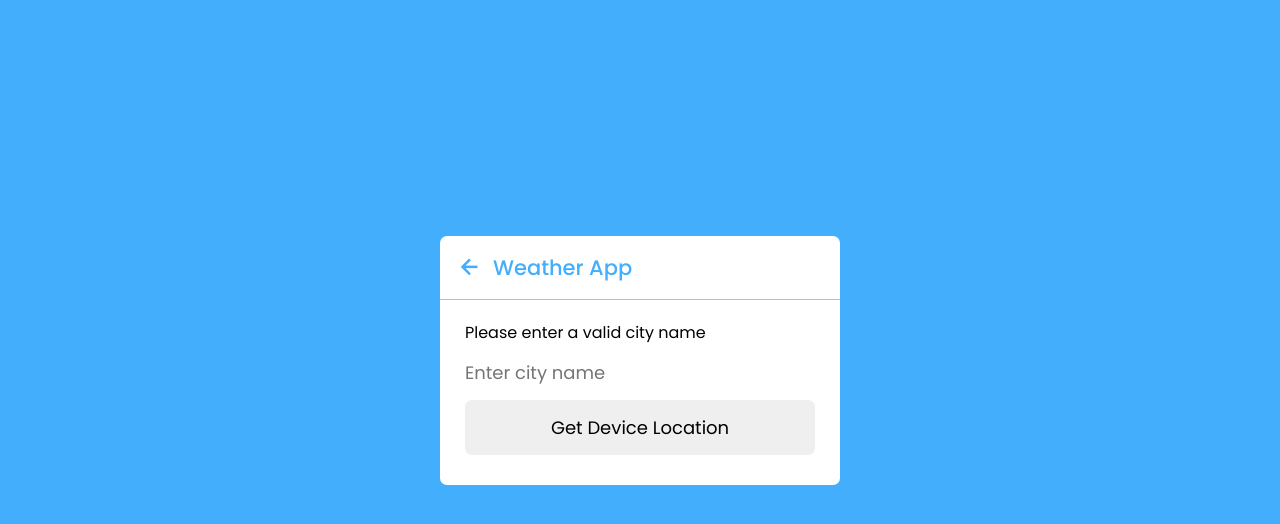
Repository: long13820/Weather-App-HTML-CSS-Javascript
Page: index.html
An editor plug-in stored every save of this project. The page is shown before and after a run of saves, followed by the edit.
The browser window is 1280 px wide. The pictures show the whole page.

Above is the page before, as saved 2021-09-02 01:00:44.

### index.html
<!DOCTYPE html>
<html lang="en">
<head>
    <meta charset="UTF-8">
    <meta http-equiv="X-UA-Compatible" content="IE=edge">
    <meta name="viewport" content="width=device-width, initial-scale=1.0">
    <title>Weather App</title>
    <link rel="stylesheet" href="style.css">

    <!--Linking Boxicon For Icon-->
    <link rel="stylesheet" href='https://unpkg.com/boxicons@2.0.9/css/boxicons.min.css' >


</head>
<body>
    <div class="wrapper">
        <header>
            <i class="bx bx-left-arrow-alt"></i>
            Weather App
        </header>
        <section class="input-part">
            <p class="info-txt">Please enter a valid city name</p>
            <input type="text" placeholder="Enter city name" spellcheck="false">
            <div class="separator"></div>
            <button>Get Device Location</button>
        </section>
    </div>
</body>
</html>

### style.css
/*Import Google Font - Poppins*/
@import url('https://fonts.googleapis.com/css2?family=Poppins:wght@400;500;600;700&display=swap');
*{
    margin: 0;
    padding: 0;
    box-sizing: border-box;
    font-family: 'Poppins', sans-serif;
}
body{
    display: flex;
    align-items: center;
    justify-content: center;
    min-height: 100vh;
    background: #43AFFC;
}
.wrapper{
    width: 400px;
    border-radius: 7px;
    background: white;
}
.wrapper header{
    color: #43AFFC;
    font-size: 21px;
    font-weight: 500;
    padding: 16px 15px;
    display: flex;
    align-items: center;
    border-bottom: 1px solid #bfbfbf;

}
header i{
    cursor: pointer;
    font-size: 30px;
    margin-right: 8px;
}
.wrapper .input-part{
    margin: 20px 25px 30px;
}
.input-part :where(input, button){
    width: 100%;
    height: 55px;
    border: none;
    outline: none;
    font-size: 18px;
    border-radius: 7px;
}
.input-part

After the next 5 saves:
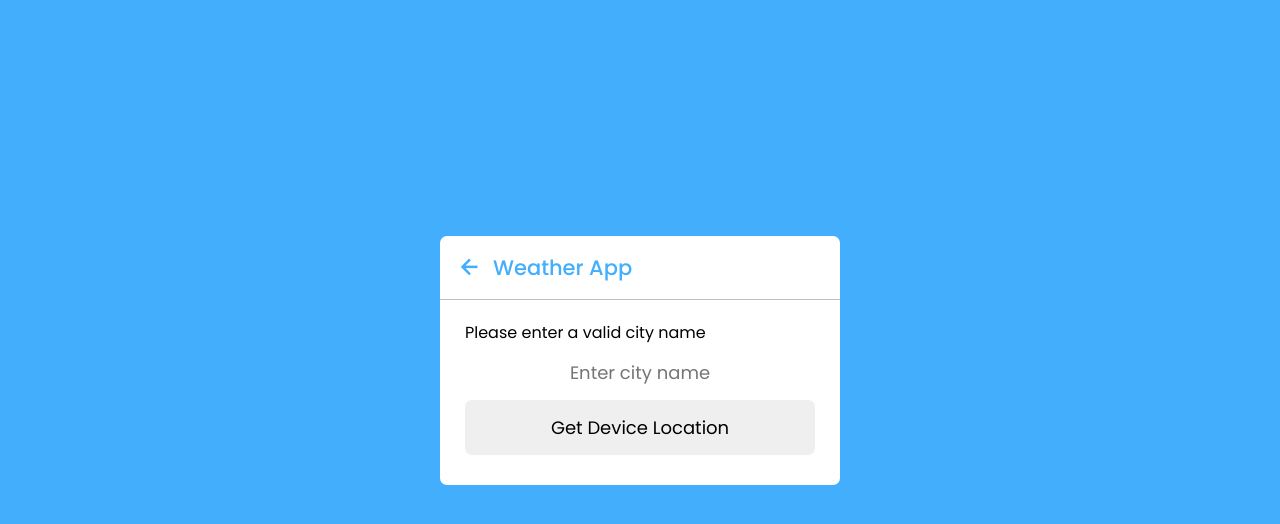
The 5 saves are shown as one change because they came seconds apart.
The last was saved 14 s later.
--- a/style.css
+++ b/style.css
@@ -44,4 +44,7 @@ header i{
     font-size: 18px;
     border-radius: 7px;
 }
-.input-part
+.input-part input{
+    text-align: center;
+
+}
